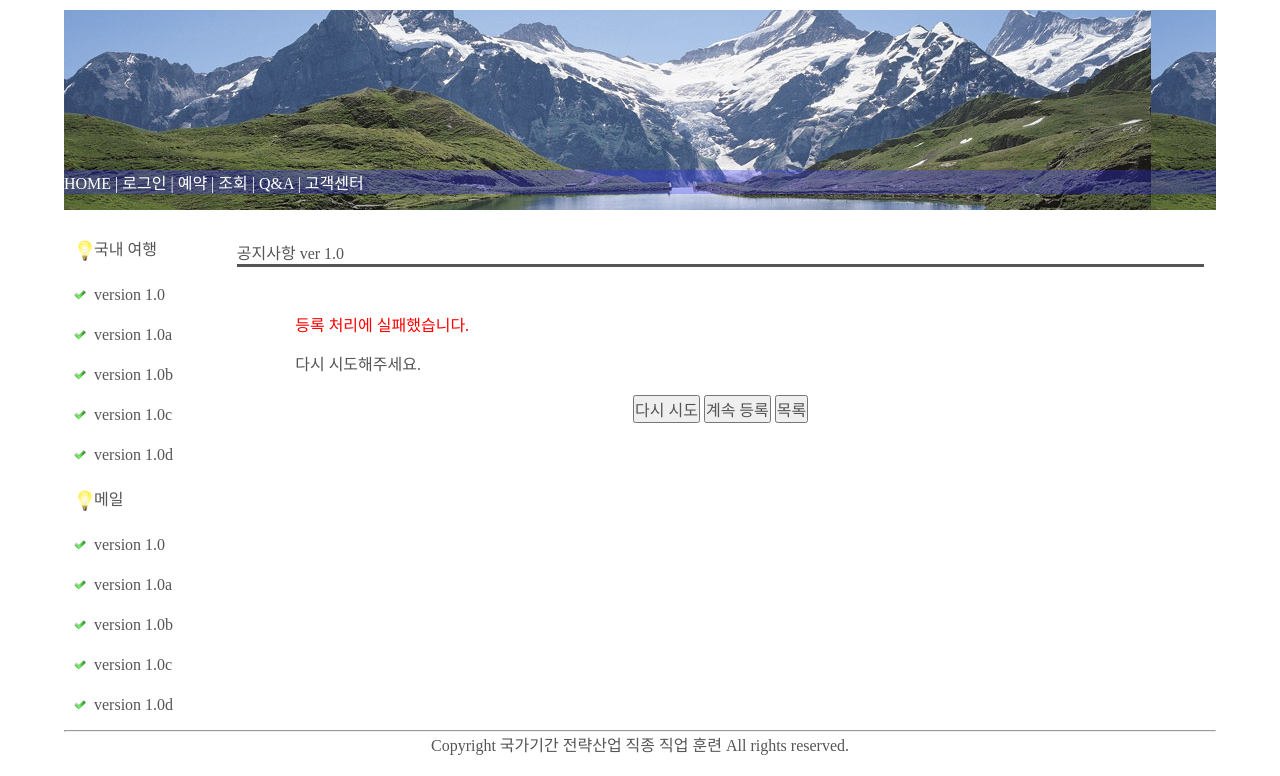
Repository: jangky000/ai_web
Page: http://localhost/blog_v2jc/mail_app/create_proc.jsp
The author's editor kept a copy of each file at every save. The page is drawn from the files as they stood at one save, then again after the next save.
The browser window is 1280 px wide. The pictures show the whole page.
The page is served by Tomcat 9. Other server files are loaded and not shown. Queries for data that is not in the repository find no rows.

Above is the page before, as saved 2020-03-27 05:42:03.

### ws__frame/blog_v2jc/WebContent/mail_app/create_proc.jsp
<%@ page contentType="text/html; charset=UTF-8" %>

 <!-- MySQL에서 DBMS에 연결할때 쓰던 import 패키지와 구성이 같다. -->
 <!-- MovieDAO2.java 참조 -->
<%@ page import="java.sql.Connection" %>
<%@ page import=" java.sql.DriverManager" %>
<%@ page import="java.sql.PreparedStatement" %>
<%@ page import="java.sql.ResultSet" %>
<%@ page import="java.sql.SQLException" %>

<%
request.setCharacterEncoding("utf-8");
String root = request.getContextPath();
%>

<%
// 필요 변수 선언
Connection con = null;              // DBMS 연결
PreparedStatement pstmt = null; // SQL 실행
ResultSet rs = null;                   // SELECT 결과를 저장
StringBuffer sql = null;              // SQL 문장
int count = 0;                         // 처리된 레코드 갯수

// MYSQL
// String className = "org.gjt.mm.mysql.Driver"; // MySQL 연결 Driver
// String url = "jdbc:mysql://172.16.12.4:3306/javadb?useUnicode=true&characterEncoding=euckr"; //데이터베이스 javadb 사용

//Oracle, jdbc 연결
String className = "oracle.jdbc.driver.OracleDriver"; // Oracle 연결 Driver
String url = "jdbc:oracle:thin:@127.0.0.1:1521:XE"; //XE -> soldesk 등으로 달라질 수 있다.

String user = "ai6";
String password = "1234";
%>

<!DOCTYPE html>
<html lang="ko">
<head>
<meta charset="UTF-8">
<title></title>
<link href="<%=root%>/css/style.css" rel="Stylesheet" type="text/css">
</head>
<body>
<jsp:include page="/menu/top.jsp" flush='false' />
  <div class="title_line">공지사항 ver 1.0</div>
  <fieldset class="fieldset_basic">
    <!-- <legend class="legend_basic">공지사항 등록</legend> -->
      <ul>
        <%
        String title = request.getParameter("title");
        String content = request.getParameter("content");
        String rname = request.getParameter("rname");
        String passwd = request.getParameter("passwd");

      //네트워크 설정에 예외처리가 필수
        try {
          Class.forName(className); // memory로 클래스를 로딩함, 객체는 생성하지 않음.
          con = DriverManager.getConnection(url, user, password ); // MySQL 연결

          sql = new StringBuffer();
          //SQL문 앞에 한 칸 공백 만들기 + ' ; '지우기
          sql.append(" INSERT INTO notice(noticeno, title, content, rname, passwd, rdate )");
          sql.append(" VALUES (notice_seq.nextval, ?, ?, ?, ?, sysdate)"); // '?'는 ?값으로 판단, 문자열도 single quatation 없이 사용

          //StringBuffer를 문자열로 변환
          pstmt = con.prepareStatement(sql.toString());

          pstmt.setString(1, title);
          pstmt.setString(2, content);
          pstmt.setString(3, rname);
          pstmt.setString(4, passwd);

          //pstmt 바인딩 후에 실행
          count = pstmt.executeUpdate(); // INSERT, UPDATE, DELETE를 실행

        } catch (SQLException e) {
          System.out.println("SQL 실행 중 예외 발생");
          e.printStackTrace(); // 예외가 발생하기까지의 실행 과정 출력
        } catch (ClassNotFoundException e) {
          System.out.println("JDBC 드라이버가 없습니다.");
          e.printStackTrace();
        } finally {
          //try{ if (rs != null){ rs.close(); } }catch(Exception e){ }
          // 따로 에러 출력하지 않고 연결 종료
          try{ if (pstmt != null){ pstmt.close(); } }catch(Exception e){ }
          try{ if (con != null){ con.close(); } }catch(Exception e){ }
        }

      if(count == 1){
        %>
        <li class="li_none">등록 처리에 성공했습니다.</li>
        <%
      } else{
        %>
        <li class="li_error" >등록 처리에 실패했습니다.</li>
        <li class="li_none">다시 시도해주세요. </li>
        <%
      }
        %>
      </ul>
      <div class ="bottom_menu">
        <!-- onclick = "" javascript 연결 -->
        <%
        if(count == 0){
          %>
          <button type="button" onclick="history.back();">다시 시도</button>
          <%
        }
        %>
        <button type="button" onclick="location.href = './create_form.jsp'">계속 등록</button>
        <button type="button" onclick="location.href = './list.jsp'">목록</button>
      </div>
  </fieldset>

<jsp:include page="/menu/bottom.jsp" flush='false' />
</body>
</html>
</html>

### ws__frame/blog_v2jc/WebContent/menu/top.jsp
<%@ page contentType="text/html; charset=UTF-8" %>
<!-- jsp: include를 사용했기 때문에 root로 인한 충돌이 발생하지 않는다. -->
<% String root = request.getContextPath(); %>

<DIV class='container'>
  <DIV class='top_img'>
    <NAV class="top_menu">
      <a href="<%=root %>" class="menu_link">HOME</a> | 로그인 | 예약 | 조회 | Q&A | 고객센터
    </NAV>
  </DIV>

  <DIV style='margin-top: 10px;'> <!-- 좌측 메뉴 + 내용 시작 -->
    <DIV class='left_menu'> <!--  좌측 메뉴 시작 -->
      <div class="li_left_menu_1" >국내 여행</div>
      <UL>
         <!-- 모든 위치에서 동일한 주소를 찾아야하므로, 절대 경로로 설정 -->
        <LI class="li_left_menu_2"><a href="<%= request.getContextPath() %>/notice1/list.jsp">version 1.0</a></LI>
        <LI class="li_left_menu_2"><a href="<%= request.getContextPath() %>/notice1a/list.jsp">version 1.0a</a></LI>
        <LI class="li_left_menu_2"><a href="<%= request.getContextPath() %>/notice1b/list.jsp">version 1.0b</a></LI>
        <LI class="li_left_menu_2"><a href="<%= request.getContextPath() %>/notice1c/list.jsp">version 1.0c</a></LI>
        <LI class="li_left_menu_2"><a href="<%= request.getContextPath() %>/notice1d/list.jsp">version 1.0d</a></LI>
      </UL>
      <!-- br을 쓰는 것보다 margin으로 여백을 주는 것이 낫다 -->
      <div class="li_left_menu_1">메일</div>
      <UL>
        <LI class="li_left_menu_2"><a href="<%= request.getContextPath() %>/mail_app/list.jsp">version 1.0</a></LI>
        <LI class="li_left_menu_2"><a href="<%= request.getContextPath() %>/mail_app1a/list.jsp">version 1.0a</a></LI>
        <LI class="li_left_menu_2"><a href="<%= request.getContextPath() %>/mail_app1b/list.jsp">version 1.0b</a></LI>
        <LI class="li_left_menu_2"><a href="<%= request.getContextPath() %>/mail_app1c/list.jsp">version 1.0c</a></LI>
        <LI class="li_left_menu_2"><a href="<%= request.getContextPath() %>/mail_app1d/list.jsp">version 1.0d</a></LI>
      </UL>

    </DIV>  <!--  좌측 메뉴 종료 -->

    <DIV class='content_body'> <!--  내용 시작 -->

### ws__frame/blog_v2jc/WebContent/menu/bottom.jsp
<%@ page contentType="text/html; charset=UTF-8" %>

    </DIV> <!-- 내용 종료 -->
  </DIV> <!-- 좌측 메뉴 + 내용 종료 -->

  <!-- 화면 하단 메뉴 -->
  <DIV class='copyright'>
    <HR>
    Copyright 국가기간 전략산업 직종 직업 훈련 All rights reserved.
  </DIV>

</DIV> <!-- 컨테이너 종료 -->

### ws__frame/blog_v2jc/WebContent/css/style.css
/* ver 0.2 */
/* 모든 태그에 적용 */
  *{
     font-family: Malgun Gothic;
     font-size: 16px;
     margin: 0px;  /* top right bottom left */
     padding: 0px;
     color: #555555;
  }

  .container {
    width: 90%;
    margin: 10px auto;
  }

  /*
  이미지 경로 지정
  권장하지 않는 방법(절대경로): background-image: url('/blog_v2jc/css/images/top_image.jpg');
  권장하는 방법(상대경로): background-image: url('./images/top_image.jpg');
  style.css 파일이 include(link)되는 폴더를 현재 폴더로 인식함
  /blog_v2jc/css/style.css에서 사용
  /blog_v2jc/css/images/top_image.jpg 인식
   */
  .top_img {
    width: 100%;
    height: 200px;
    /* background-image: url('/blog_v2jc/menu/images/top_image.jpg'); */
    background-image: url('./images/top_image.jpg');
  }

  .top_menu {
    position: relative;  /* 부모 태그 기준 화면 상단 기준 */
    top: 80%;
    /* left: 2px;  */
    background-color: rgba(50, 50, 255, 0.3);
    color: white;
  }

  .left_menu {
    width: 15%;
    float: left;
  }

  .content_body {
    width: 84%;
    float: left;
  }

  .content_bottom {

  }

  .bottom_menu {
    text-align: center;
    margin: 20px auto;
    clear: both;
  }

  .copyright {
    text-align: center;
    margin: 20px auto; /* 블럭 가운데 정렬 */
    clear: both; /*  float: left; 해제 float 효과를 제거 */
  }

  .li_warning{/* 경고 메시지 */
    list-style: none;
    margin: 15px 10px;
    color: #ff6600;
  }

  .li_error{ /* 에러 메시지 */
    list-style: none;
    margin: 15px 10px;
    color: #FF0000;
  }

  .li_none{
    list-style: none;
    margin: 15px 10px;
  }

  .fieldset_basic{
    width:90%;
    margin:10px auto;
    border-top: none;
    border-right: none;
    border-bottom: none;
    border-left: none;
    padding: 10px;
  }

  .legend_basic{
    margin-left:30px;
    border:solid 1px #999999;
    background-color: #A6C2FF;
    color:#FFFFFF;
  }

  input:focus {outline:none;}
  .input_basic{
    border-top: none;
    border-right: none;
    border-bottom: solid 1px #999999;
    border-left: none;
  }

  .title_line{
    text-align:left;
    /* text-decoration: underline; */
    border-bottom: solid 3px #555555;
    width: 100%;
    margin: 20px auto;

  }

  .sub_menu{
    text-align: right;
    width: 100%;
  }

  .table_basic{
    border-collapse: collapse; /* 셀 합치기 */
    margin: 2px auto;
    width: 100%;
  }

  /*
    1em 기본값: 16px, 주변 태그의 글자 크기를 1em으로 인식
    div 태그가 20px일 경우 자식 태그가 0.5em이면 최종적으로 10px이 적용됨.
  */
  .th_basic{
    font-size: 0.8em;
    border-bottom: solid 1px #999999;
  }

  .td_basic{
    background-color: #ffffff;

    border-top: none;
    border-right: none;
    border-bottom: solid 1px #dddddd;
    border-left: none;

    text-align: center;
  }

  .td_left{
    background-color: #ffffff;

    border-top: none;
    border-right: none;
    border-bottom: solid 1px #dddddd;
    border-left: none;

    text-align: left;
  }

  A:link{  /* 방문전 상태 */
    text-decoration: none; /* 밑줄 삭제 */
    color: #555555;
  }

  A:visited{  /* 방문후 상태 */
    text-decoration: none; /* 밑줄 삭제 */
    color: #555555;
  }

  A:hover{  /* A 태그에 마우스가 올라간 상태 */
    text-decoration: underline; /* 밑줄 출력 */
    color: #7777FF;
  }

  A:active{  /* A 태그를 클릭한 상태 */
    text-decoration: underline; /* 밑줄 출력 */
    color: #7777FF;
  }

  /* top menu */
  .menu_link:link{  /* 방문전 상태 */
    text-decoration: none; /* 밑줄 삭제 */
    color: white;
  }

  .menu_link:visited{  /* 방문후 상태 */
    text-decoration: none; /* 밑줄 삭제 */
    color: white;
  }

  .menu_link:hover{  /* A 태그에 마우스가 올라간 상태 */
    text-decoration: underline; /* 밑줄 출력 */
    color: white;
    /* font-weight: bold; */
  }

  .menu_link:active{  /* A 태그를 클릭한 상태 */
    text-decoration: underline; /* 밑줄 출력 */
    color: white;
  }

  .content_title{
    border-top: none;
    border-right: none;
    border-bottom: solid 1px #999999;
    border-left: none;

    margin-bottom: 20px;
  }

  .content_bottom{
    border-top: none;
    border-right: none;
    border-bottom: none;
    border-left: none;
    margin: 20px 0;
    text-align: right;
    font-size: 0.8em;
  }

  .li_left_menu_1{/* 화면 좌측 대분류 */
    list-style: none;
    margin: 15px 10px;
    background: url(./images/li_left_menu_1.png) left center no-repeat; /* url 왼쪽 중간 반복x */
    background-size: 22px;
    padding-left: 20px;
    line-height: 30px;
  }

  .li_left_menu_2{/* 화면 좌측 중분류 */
    list-style: none;
    margin: 15px 10px;
    background: url(./images/li_left_menu_2.png) left center no-repeat; /* url 왼쪽 중간 반복x */
    background-size: 12px;
    margin: 10px;
    padding-left: 20px;
    line-height: 30px;
  }

After the next save:
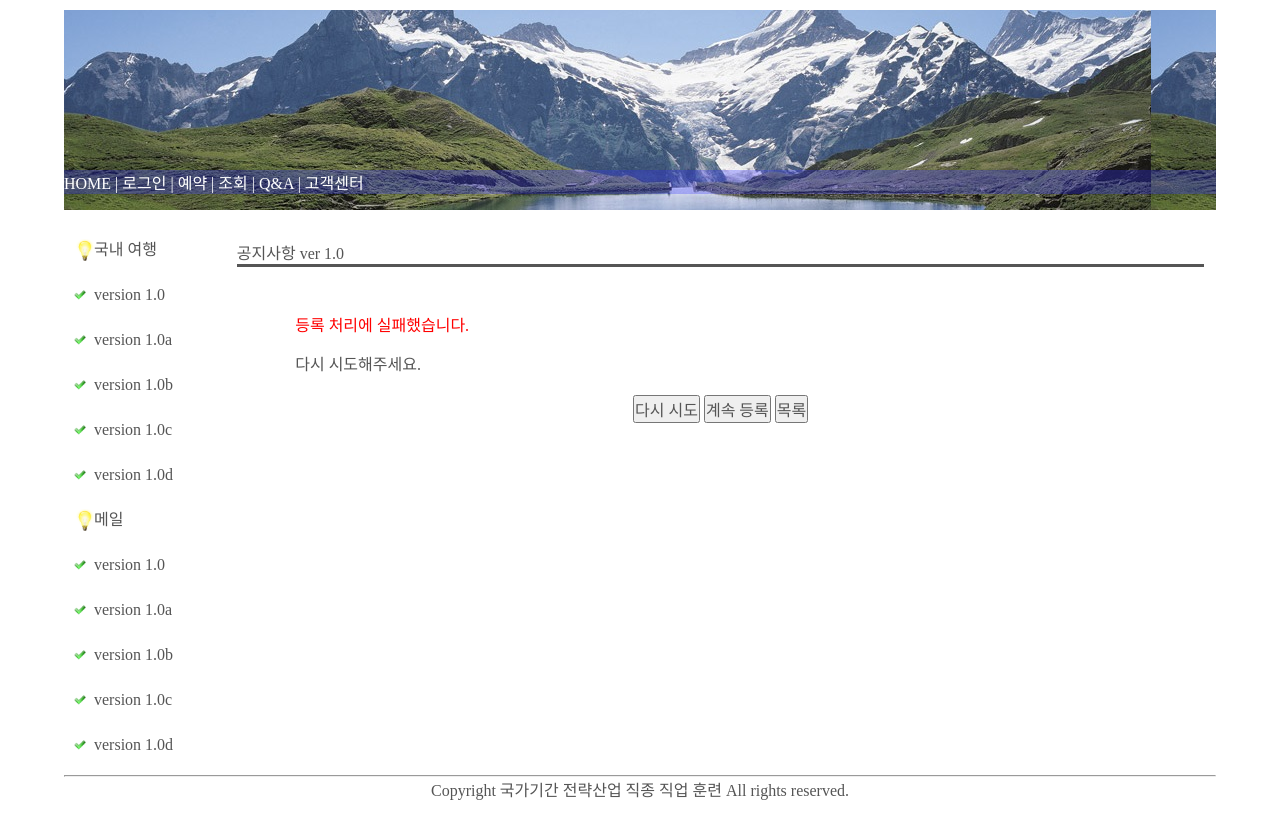
Saved 14 s later.
--- a/ws__frame/blog_v2jc/WebContent/css/style.css
+++ b/ws__frame/blog_v2jc/WebContent/css/style.css
@@ -230,7 +230,7 @@
     margin: 15px 10px;
     background: url(./images/li_left_menu_2.png) left center no-repeat; /* url 왼쪽 중간 반복x */
     background-size: 12px;
-    margin: 10px;
+    margin-left: 10px;
     padding-left: 20px;
     line-height: 30px;
   }
